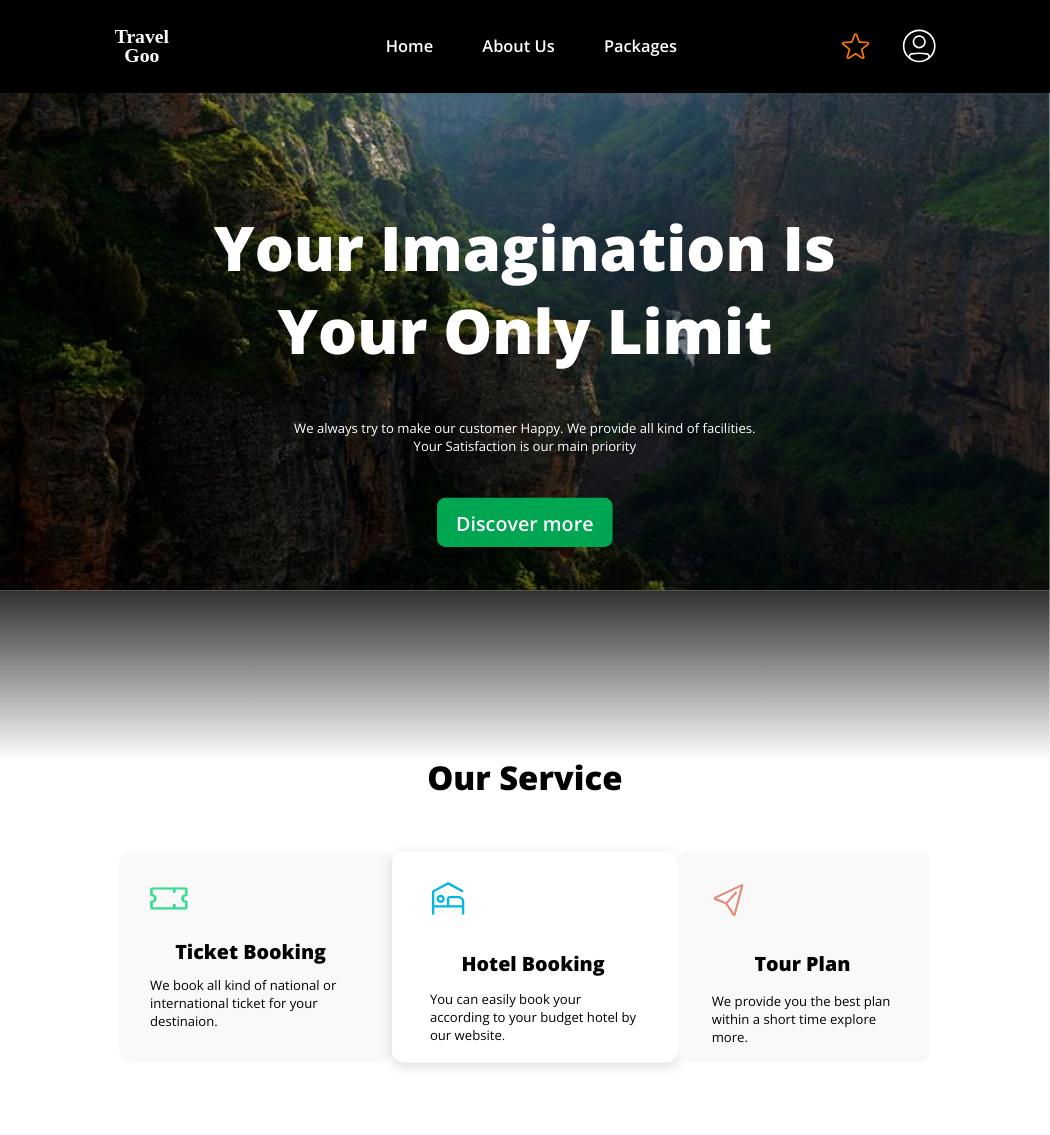
Repository: simralgasimov/back-project
Page: index.html
These files come from the project's save history. The page is drawn as it stood at one moment and after the next save; the edit follows.
The browser window is 1280 px wide. The pictures show the whole page, at 82% of full size.
Some web fonts or font styles are not loaded; a fallback is used.

Above is the page before, as saved 2023-09-27 13:26:05.

### index.html
<!DOCTYPE html>
<html lang="en">
  <head>
    <meta charset="UTF-8" />
    <meta name="viewport" content="width=device-width, initial-scale=1.0" />
    <title>Document</title>
    <link rel="stylesheet" href="./index.css" />
  </head>
  <body>
    <div class="container">
      <div class="navbar">
        <div class="logo">
          Travel
          <div>Goo</div>
        </div>
        <div class="menu">
          <ul>
            <li>Home</li>
            <li>About Us</li>
            <li>Packages</li>
          </ul>
        </div>
        <div class="icon">
          <div class="star">
            <img src="./clarity_favorite-line.svg" alt="" />
          </div>
          <div class="user">
            <img src="./healthicons_ui-user-profile-outline.svg" alt="" />
          </div>
        </div>
      </div>
<div class="container-1">
  <div class="box">
    <h1>Your Imagination Is Your Only Limit</h1>
  </div>

  <div class="text-box">
    <p>
      We always try to make our customer Happy. We provide all kind of
      facilities. Your Satisfaction is our main priority
    </p>
  </div>

  <div class="button"><a href="#">Discover more</a></div>
</div>
</div>

    <div class="container-2">
      <h2>Our Service</h2>
      <div class="services">
        <div class="ticket">
          <img src="./Vector.svg" alt="" />
          <h1>Ticket Booking</h1>
          <p>
            We book all kind of national or international ticket for your
            destinaion.
          </p>
        </div>
        <div class="hotel">
          <img src="./carbon_hotel.svg" alt="" />
          <h1>Hotel Booking</h1>
          <p>
            You can easily book your according to your budget hotel by our
            website.
          </p>
        </div>
        <div class="tour">
          <img src="./cil_paper-plane.svg" alt="" />
          <h1>Tour Plan</h1>
          <p>We provide you the best plan within a short time explore more.</p>
        </div>
      </div>
    </div>
  </body>
</html>

### index.css
@import url("https://fonts.googleapis.com/css2?family=Laila:wght@400;600;700&family=Open+Sans:wght@400;600;800&display=swap");
* {
  padding: 0;
  margin: 0;
  box-sizing: border-box;
}

.container {
  /* position: relative;
  z-index: 0; */
  /* padding: 32px 145px 63px 100px; */
  min-height: 100vh;
  width: auto;
  background-image: url("./canyon-1740973_640.jpg");
  background-repeat: no-repeat;
  background-size: 100% 100%;
}

.container .navbar {
  width: 100%;
  padding: 32px 135px;
  display: flex;
  justify-content: space-between;
  align-items: center;
  /* margin: auto; */
  position: fixed;
  top: 0;
  background-color: black;
}

.container .navbar .logo {
  width: 76px;
  color: #fff;
  text-align: center;
  font-family: Laila;
  font-size: 24px;
  font-style: normal;
  font-weight: 700;
  line-height: 102.5%; /* 24.6px */
}

.container .navbar .menu ul {
  list-style-type: none;
  display: flex;
}

.container .navbar .menu ul li {
  color: #fff;
  font-family: Open Sans;
  font-size: 20px;
  font-style: normal;
  font-weight: 600;
  line-height: normal;
  justify-content: space-between;
  margin-left: 60px;
}

.container .navbar .icon {
  display: flex;
  justify-content: space-between;
  align-items: center;
}

.container .navbar .icon .star {
  margin-right: 36px;
  width: 36px;
  height: 36px;
}
.container .navbar .icon .user {
  width: 48px;
  height: 48px;
}

.container .box {
  display: flex;
  justify-content: center;
  text-align: center;
}
.container .box h1 {
  width: 779px;
  color: #fff;
  text-align: center;
  font-family: Open Sans;
  font-size: 75px;
  font-style: normal;
  font-weight: 800;
  line-height: normal;
  margin-top: 250px;
}

.container .text-box {
  margin-top: 57px;
  display: flex;
  justify-content: center;
  text-align: center;
}
.container .text-box p {
  width: 568px;
  color: #fff;
  text-align: center;
  font-family: Open Sans;
  font-size: 16px;
  font-style: normal;
  font-weight: 400;
  line-height: normal;
}

.container .button {
  border: none;
  width: 214px;
  height: 60px;
  border-radius: 10px;
  background: #00a651;
  display: flex;
  margin: auto;
  margin-top: 52px;
}

.container .button a {
  /* display: flex;
    justify-content: center;
    text-align: center;
    align-items: center; */
  margin: auto;
  text-decoration: none;
  color: #fff;
  text-align: center;
  font-family: Open Sans;
  font-size: 24px;
  font-style: normal;
  font-weight: 600;
  line-height: normal;
}

.container-2 {
  padding: 200px 145px 88px 145px;
  background: linear-gradient(
    180deg,
    rgba(0, 0, 0, 0.81) 0%,
    rgba(72, 72, 72, 0) 31.25%,
    rgba(158, 158, 158, 0) 77.6%,
    #fff 85.42%
  );
}

.container-2 h2 {
  margin-bottom: 63px;
  /* display: flex;
        text-align: center;
        justify-content: center; */
  color: #000;
  text-align: center;
  font-family: Open Sans;
  font-size: 40px;
  font-style: normal;
  font-weight: 700;
  line-height: normal;
}

.container-2 .services {
  display: flex;
  /* margin: auto; */
  justify-content: space-between;
}

.container-2 .services .ticket {
  padding: 44px 50px 20px 38px;
  /* width: 416px;
height: 232px; */
  border-radius: 15px;
  background: #f9f9f9;
}

.container-2 .services .ticket h1 {
  margin-top: 30px;
  margin-bottom: 13px;
  color: #000;
  text-align: center;
  font-family: Open Sans;
  font-size: 24px;
  font-style: normal;
  font-weight: 700;
  line-height: normal;
}

.container-2 .services .ticket p {
  color: #000;
  font-family: Open Sans;
  font-size: 16px;
  font-style: normal;
  font-weight: 400;
  line-height: normal;
}

.container-2 .services .hotel {
  padding: 35px 51px 20px 46px;
  border-radius: 15px;
  background: #fff;
  box-shadow: 0px 4px 16px 0px rgba(0, 0, 0, 0.15);
}

.container-2 .services .hotel h1 {
  margin-top: 36px;
  margin-bottom: 16px;
  color: #000;
  text-align: center;
  font-family: Open Sans;
  font-size: 24px;
  font-style: normal;
  font-weight: 700;
  line-height: normal;
}

.container-2 .services .hotel p {
  color: #000;
  font-family: Open Sans;
  font-size: 16px;
  font-style: normal;
  font-weight: 400;
  line-height: normal;
}

.container-2 .services .tour {
  padding: 39px 46px 20px 41px;
  border-radius: 15px;
  background: #f9f9f9;
}

.container-2 .services .tour h1 {
  margin-top: 36px;
  margin-bottom: 19px;
  color: #000;
  text-align: center;
  font-family: Open Sans;
  font-size: 24px;
  font-style: normal;
  font-weight: 700;
  line-height: normal;
}
.container-2 .services .tour p {
  color: #000;
  font-family: Open Sans;
  font-size: 16px;
  font-style: normal;
  font-weight: 400;
  line-height: normal;
}

After the next save:
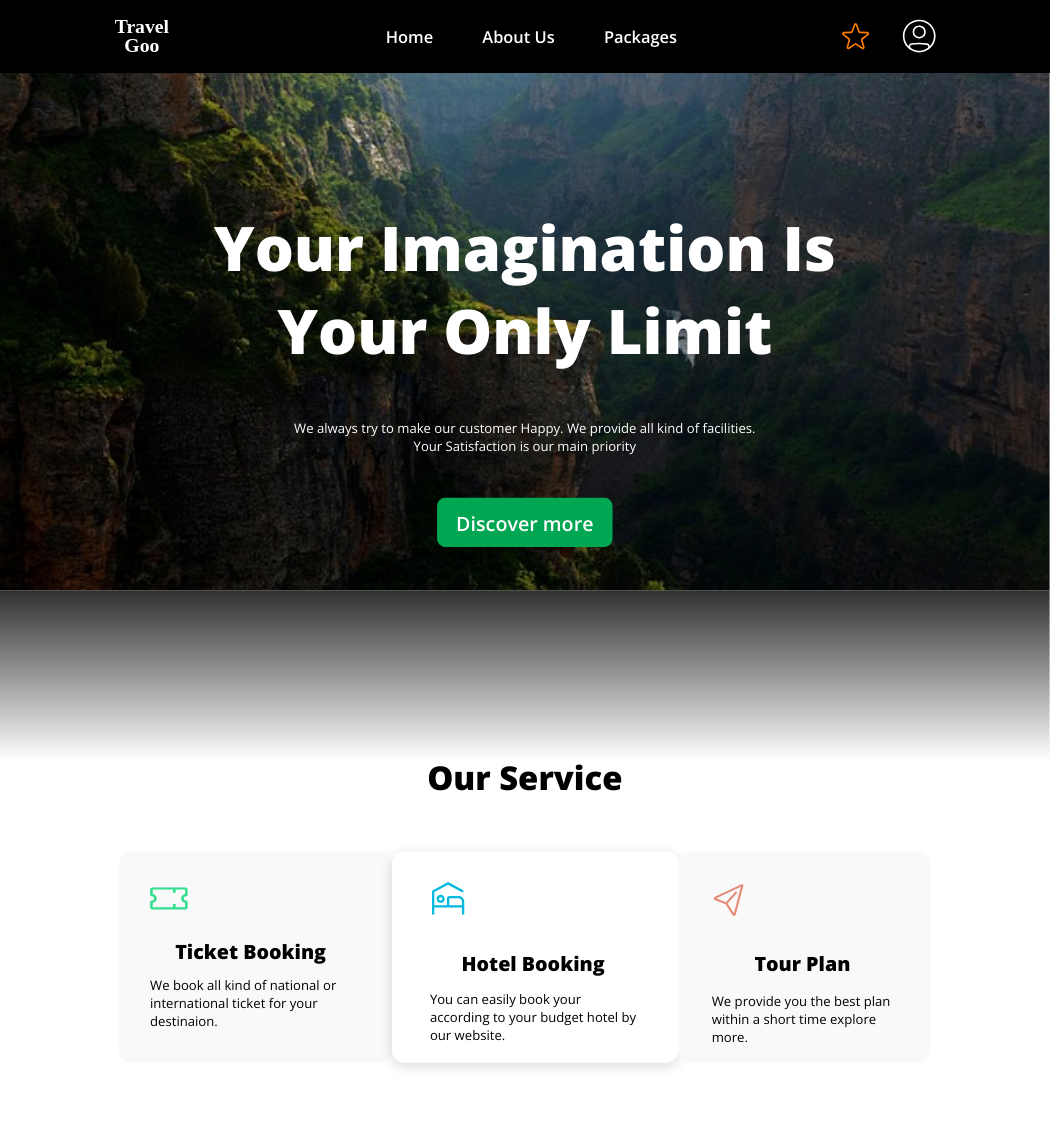
Saved 32 s later.
--- a/index.css
+++ b/index.css
@@ -18,7 +18,7 @@
 
 .container .navbar {
   width: 100%;
-  padding: 32px 135px;
+  padding: 20px 135px;
   display: flex;
   justify-content: space-between;
   align-items: center;
